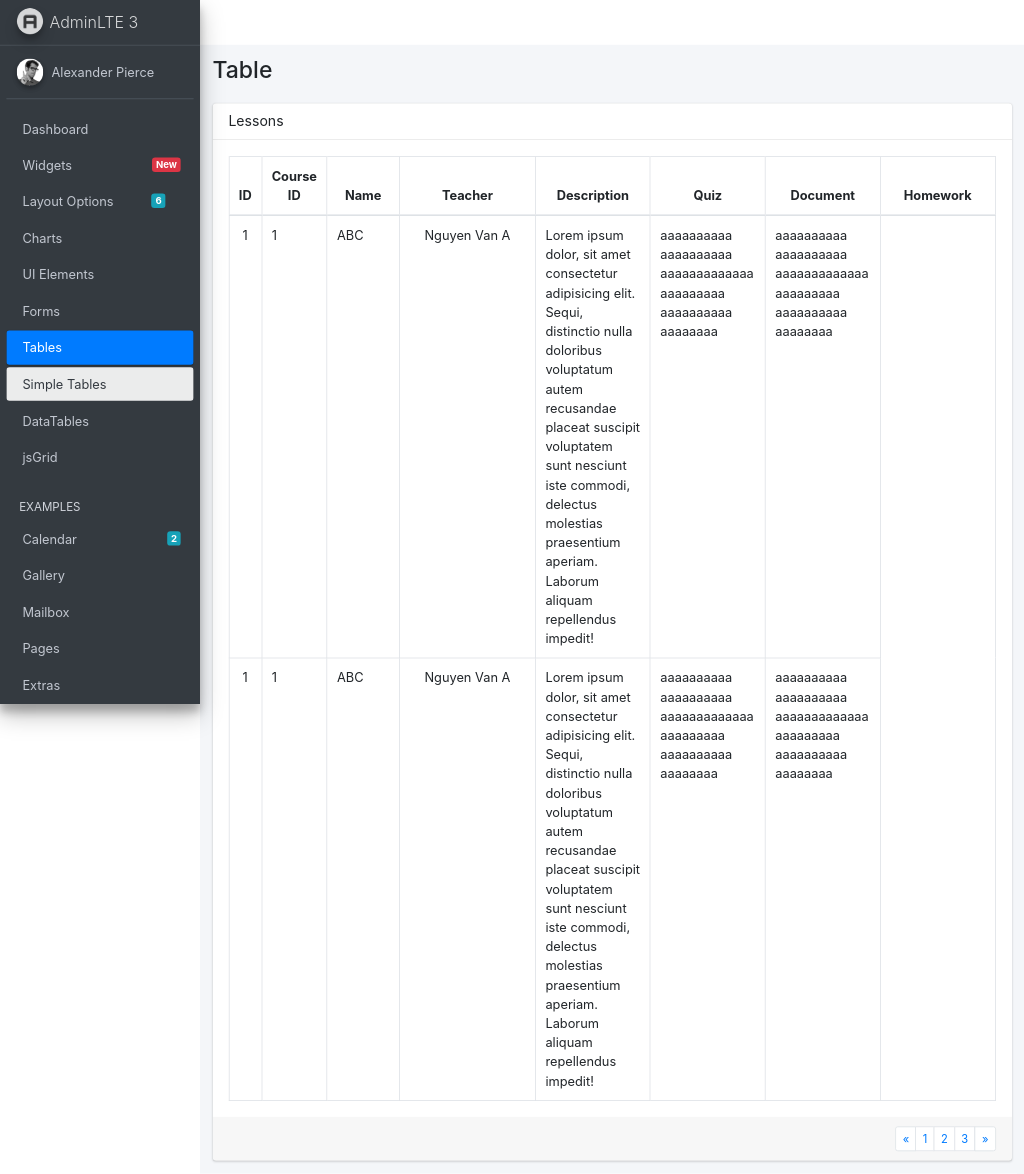
Repository: huyennvo/table
Page: http://localhost/table/lessons
An editor plug-in stored every save of this project. The page is shown before and after the next save, followed by the edit.
The browser window is 1280 px wide. The pictures show the whole page, at 80% of full size.
Some web fonts or font styles are not loaded; a fallback is used. The page is served by the project's Laravel application, run on PHP 8.4 with Laravel 8.

Above is the page before, as saved 2022-08-11 19:23:58.

After the next save:
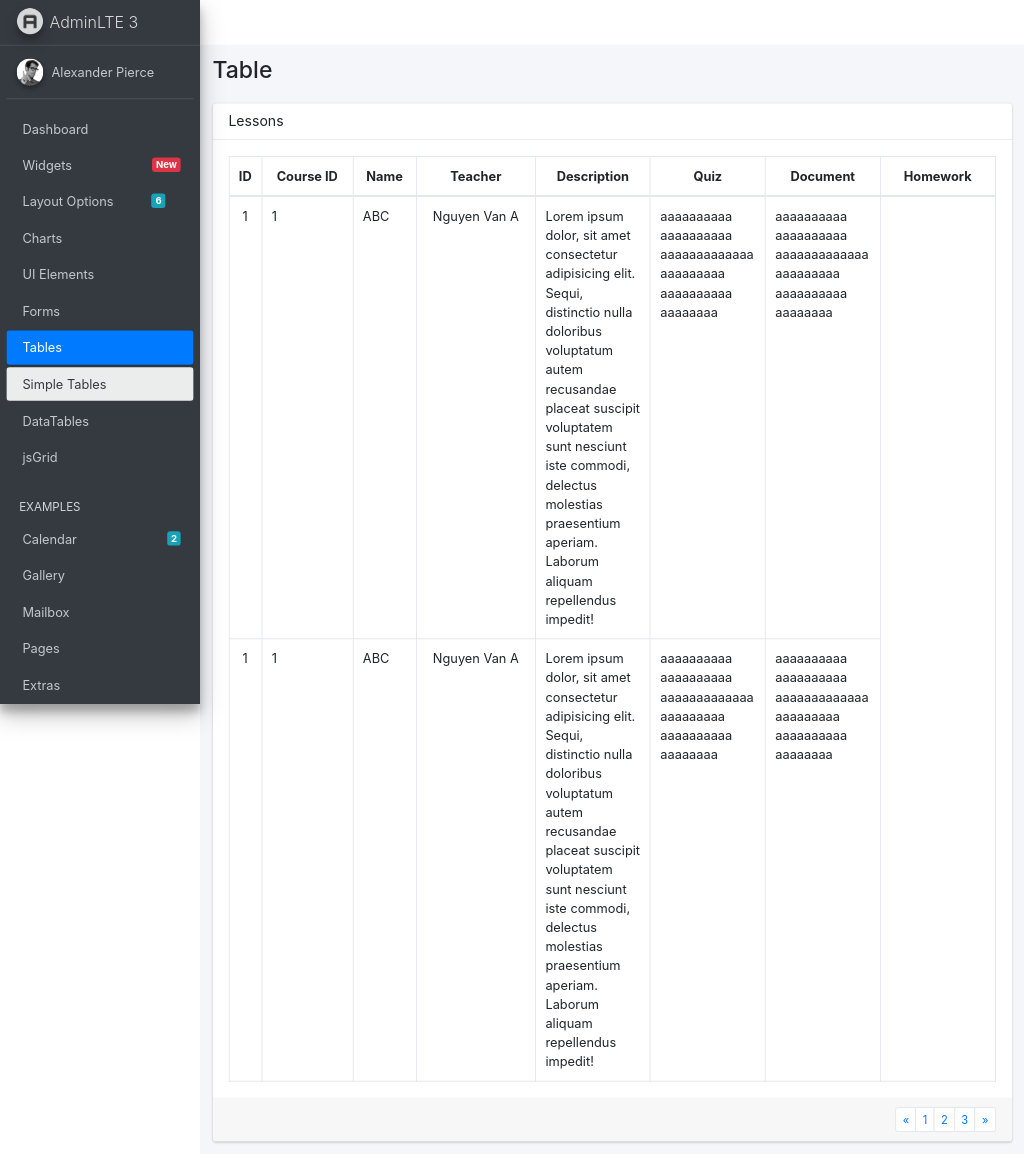
Saved 54 s later.
--- a/resources/views/lessons.blade.php
+++ b/resources/views/lessons.blade.php
@@ -16,7 +16,7 @@
                   <thead>
                     <tr>
                       <th style="width: 10px">ID</th>
-                      <th style="width: 10px">Course ID</th>
+                      <th >Course ID</th>
                       <th>Name</th>
                       <th>Teacher</th>
                       <th style="width: 15%">Description</th>

After the save that followed:
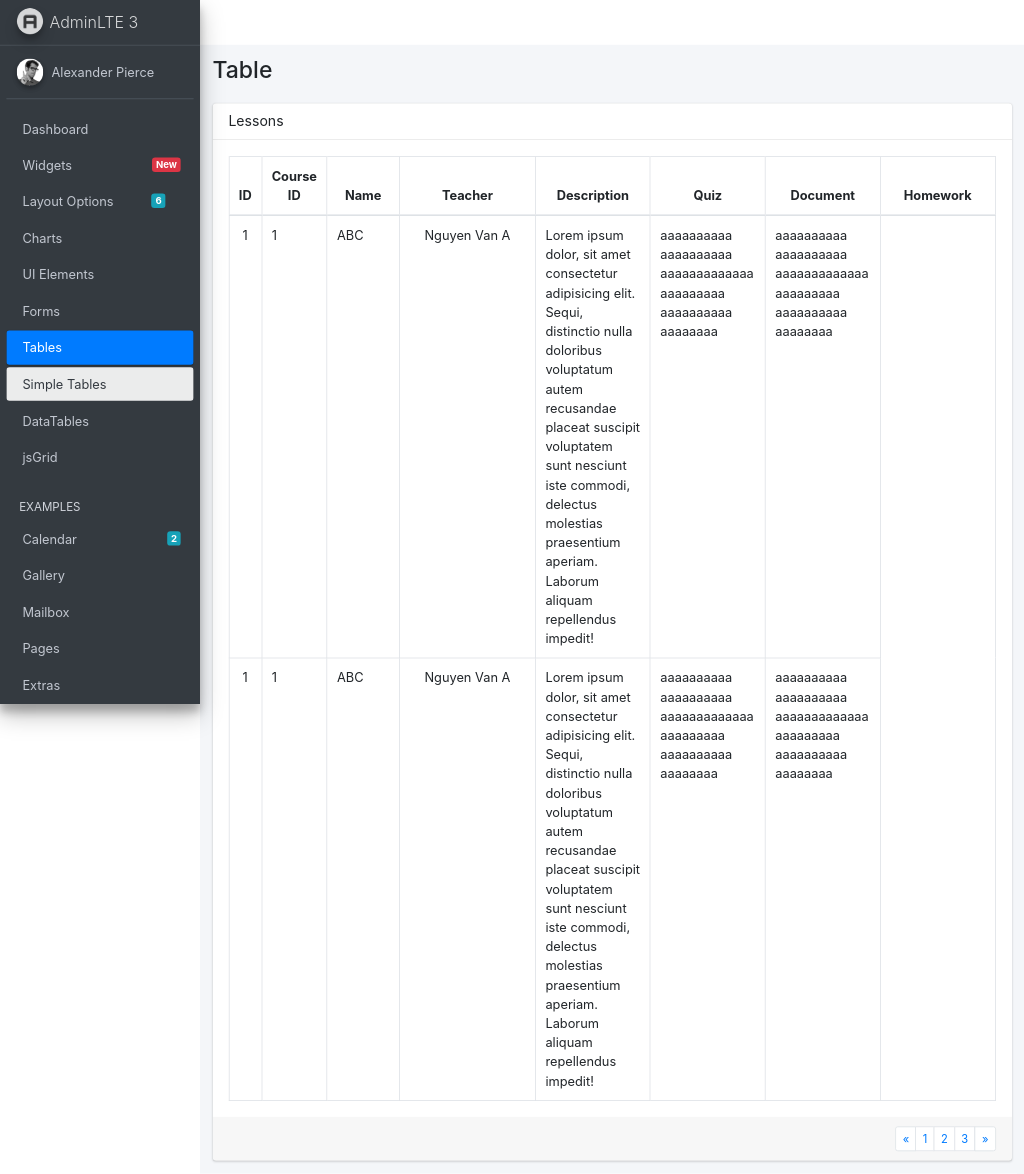
Saved 55 s later.
--- a/resources/views/lessons.blade.php
+++ b/resources/views/lessons.blade.php
@@ -16,7 +16,7 @@
                   <thead>
                     <tr>
                       <th style="width: 10px">ID</th>
-                      <th >Course ID</th>
+                      <th class="course-id" style="width: 10px">Course ID</th>
                       <th>Name</th>
                       <th>Teacher</th>
                       <th style="width: 15%">Description</th>
@@ -28,7 +28,7 @@
                   <tbody>
                     <tr>
                       <td style="text-align:center;">1</td>
-                      <td>1</td>
+                      <td class="course-id">1</td>
                       <td>ABC</td>
                       <td style="text-align:center;">
                         Nguyen Van A
@@ -39,7 +39,7 @@
                     </tr>
                     <tr>
                       <td style="text-align:center;">1</td>
-                      <td>1</td>
+                      <td class="course-id" >1</td>
                       <td>ABC</td>
                       <td style="text-align:center;">
                         Nguyen Van A
